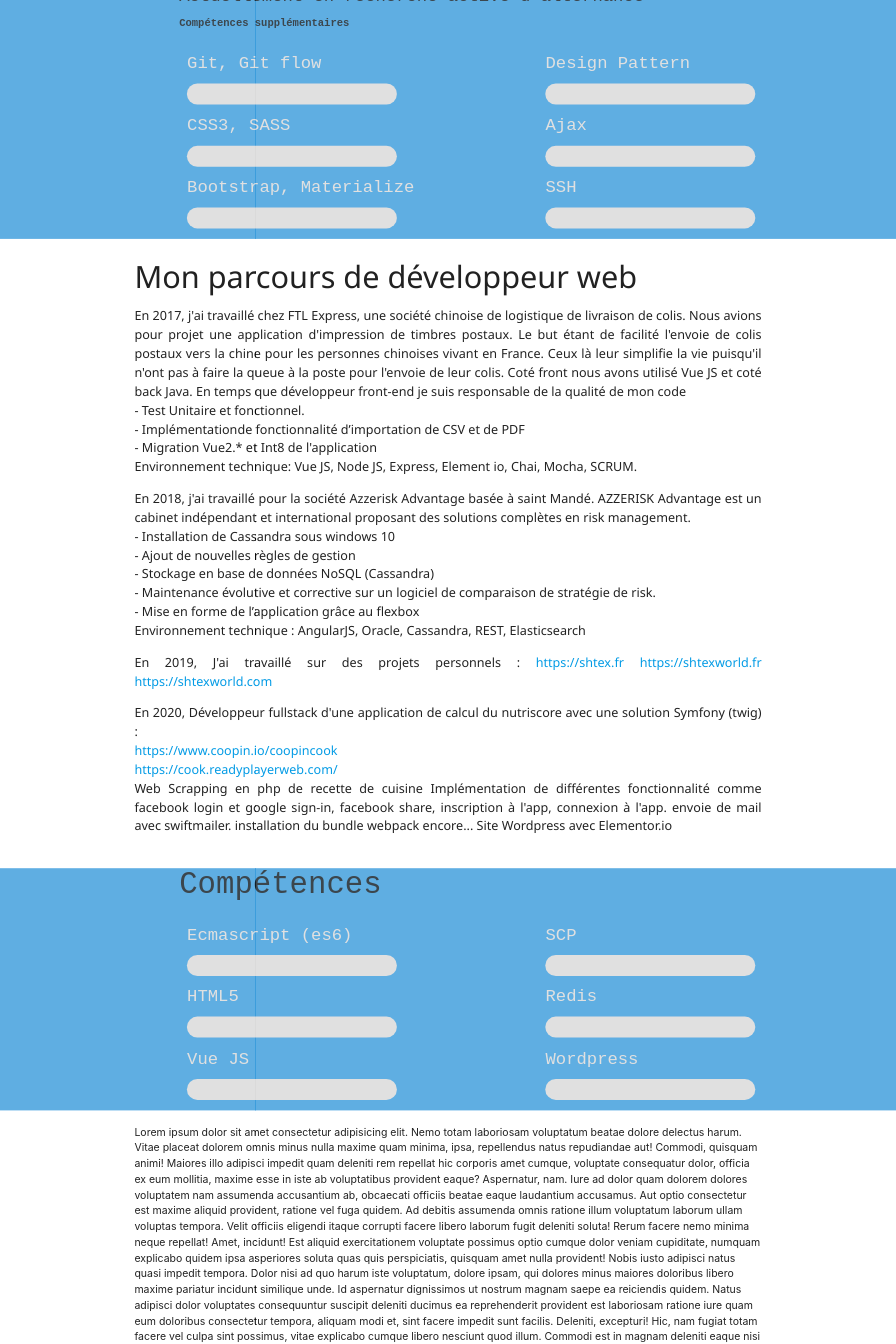
Repository: duncanidaho14/elhad
Page: index.html
The author's editor kept a copy of each file at every save. The page is drawn from the files as they stood at one save, then again after the next save.
The browser window is 1280 px wide. The pictures show the part of the page from y = 2726 to 4646 px (the page is 5892 px tall), at 70% of full size.

Above is the page before, as saved 2020-10-26 02:16:42.

### index.html
<!DOCTYPE html>
<html lang="fr">
<head>
    <meta charset="UTF-8">
    <meta name="viewport" content="width=device-width, initial-scale=1.0">
    <meta http-equiv="X-UA-Compatible" content="ie=edge">
    <meta name="Description" content="Enter your description here"/>
    <!--Import Google Icon Font-->
    <link href="https://fonts.googleapis.com/icon?family=Material+Icons" rel="stylesheet">
    <!-- Compiled and minified CSS -->
    <link rel="stylesheet" href="https://cdnjs.cloudflare.com/ajax/libs/materialize/1.0.0/css/materialize.min.css">

    <link rel="stylesheet" href="https://cdnjs.cloudflare.com/ajax/libs/font-awesome/5.15.0/css/all.min.css">
    <link rel="stylesheet" href="assets/css/style.css">
    <title>CV Elhadi Beddarem</title>
</head>
<body>


    <header>
        <div class="loader">
            <div class="progress">
                <div class="indeterminate"></div>
            </div>
            <div class="preloader-wrapper big active">
                <div class="spinner-layer spinner-blue-only">
                    <div class="circle-clipper left">
                        <div class="circle"></div>
                    </div>
                    <div class="gap-patch">
                        <div class="circle"></div>
                    </div>
                    <div class="circle-clipper right">
                        <div class="circle"></div>
                    </div>
                </div>
            </div>
            <div class="preloader-wrapper big active">
                <div class="spinner-layer spinner-blue-only">
                    <div class="circle-clipper left">
                        <div class="circle"></div>
                    </div>
                    <div class="gap-patch">
                        <div class="circle"></div>
                    </div>
                    <div class="circle-clipper right">
                        <div class="circle"></div>
                    </div>
                </div>
            </div>
            <div class="pre-loaded">

            </div>
        </div>
        <div class="progress">
            <div class="indeterminate"></div>
        </div>


        <nav>
            <div class="nav-wrapper">
                <a href="#!" class="brand-logo">Logo</a>
                <a href="#" data-target="mobile-demo" class="sidenav-trigger"><i class="material-icons">menu</i></a>
                <ul class="right hide-on-med-and-down">
                    <li><a href="#quisuisje">Qui suis-je ?</a></li>
                    <li><a href="#mestechno">Mes techno</a></li>
                    <li><a href="#parcours">Parcours</a></li>
                    <li><a href="#contact">Contact</a></li>
                </ul>
            </div>
        </nav>

        <ul class="sidenav" id="mobile-demo">
            <li><a href="#quisuisje">Qui suis-je ?</a></li>
            <li><a href="#mestechno">Mes techno</a></li>
            <li><a href="#parcours">Parcours</a></li>
            <li><a href="#contact">Contact</a></li>
        </ul>

        <ul id="slide-out" class="sidenav">
            <li>
                <div class="user-view">
                    <div class="background">
                        <img src="/assets/img/mysql.png" class="circle">
                    </div>
                    <a href="#user"><img class="circle" src="/assets/img/git.png"></a>
                    <a href="#name"><span class="black-text name">Elhadi Beddarem</span></a>
                    <a href="#email"><span class="black-text email">elhadibeddarem@gmail.com</span></a>
                </div>
            </li>
            <li><a href="https://codeintheshell.fr" target="_blank"><i class="material-icons">cloud</i>Autre site : codeintheshell.fr</a></li>
            <li><a href="https://shtex.fr/">Autre site : shtex.fr</a></li>
            <li><a href="http://shtexworld.fr/">Autre site : shtexworld.fr</a></li>
            <li>
                <div class="divider"></div>
            </li>
            <li><a class="subheader">séparateur</a></li>
            <li><a class="waves-effect" href="./assets/img/cvelhadi.pdf" download="cvelhadi">Download CV</a></li>
        </ul>
        <a href="#" data-target="slide-out" class="sidenav-trigger"><i class="material-icons">menu</i></a>
    </header>

    <section class="container-fluid">
        <figure class="row">
            <div class="parallax-container">
                <div class="parallax"><img src="/assets/img/code.jpg"></div>
            </div>
            <div class="section white">
                <div class="row container" id="quisuisje">
                    <h1 class="header">Développeur d'application web et mobile</h1>
                    <p class="grey-text text-darken-3 lighten-3 secondtext">En reconversion professionnelle, autodidacte et passionné.
                        Fort d'une expérience de 4 ans dans le web, j'ai acquis de nombreuses compétences en PHP et JavaScript ...
                    </p>
                    <div class="carousel">
                        <a class="carousel-item" href="#one!"><img src="/assets/img/symfony.png"></a>
                        <a class="carousel-item" href="#two!"><img src="/assets/img/react.png"></a>
                        <a class="carousel-item" href="#three!"><img src="/assets/img/mysql.png"></a>
                        <a class="carousel-item" href="#four!"><img src="/assets/img/git.png"></a>
                        <a class="carousel-item" href="#five!"><img src="/assets/img/javascript.png"></a>
                    </div>
                </div>
            </div>
            <div class="parallax-container">
                <div class="parallax"><img src="/assets/img/code.jpg"></div>
            </div>
        </figure>
    </section>

    <section class="container-fluid section1">
        <article class="row article-progress">
            <div id="mestechno">
                <h2 class="mestechno">Mes Techno</h2>
            </div>
                <div class="col s6">
                    <h5 class="title-five">Symfony</h5>
                    <div class="progress bar up">
                        <div class="determinate symfony" data-done="70">70%</div>
                    </div>
                    <h5 class="title-five">React</h5>
                    <div class="progress bar up">
                        <div class="determinate react" data-done="50">50%</div>
                    </div>
                    <h5 class="title-five">MySQL</h5>
                    <div class="progress bar up">
                        <div class="determinate mysql" data-done="70">70%</div>
                    </div>
                </div>
                <div class="col s6">
                    <h5 class="title-five">PHP</h5>
                    <div class="progress bar up">
                        <div class="determinate php" data-done="70">70%</div>
                    </div>
                    <h5 class="title-five">JavaScript</h5>
                    <div class="progress bar up">
                        <div class="determinate javascript" data-done="70">70%</div>
                    </div>
                    <h5 class="title-five">MongoDB</h5>
                    <div class="progress bar up">
                        <div class="determinate mongodb" data-done="70">70%</div>
                    </div>
                </div>
        </article>
    </section>

    <section class="container citation">
        <article class="row">
            <blockquote>
                <i class="fa fa-quote-left"></i>&nbsp;&nbsp;PME, associations ou particuliers,<br /> je réponds à vos besoins en développement web&nbsp;&nbsp;<i class="fa fa-quote-right"></i>
            </blockquote>
        </article>
    </section>

    <section class="container-fluid section2">
        <article class="row article-progress">
            <h5>Actuellement en recherche active d'alternance</h5>
            <p>Compétences supplémentaires</p>
                <div class="col s6">
                    <h5 class="title-five">Git, Git flow</h5>
                    <div class="progress bar up">
                        <div class="determinate git" data-done="75">75%</div>
                    </div>
                    <h5 class="title-five">CSS3, SASS</h5>
                    <div class="progress bar up">
                        <div class="determinate sass" data-done="70">70%</div>
                    </div>
                    <h5 class="title-five">Bootstrap, Materialize</h5>
                    <div class="progress bar up">
                        <div class="determinate bootstrap" data-done="90">90%</div>
                    </div>
                </div>
                <div class="col s6">
                    <h5 class="title-five">Design Pattern</h5>
                    <div class="progress bar up">
                        <div class="determinate patern" data-done="70">70%</div>
                    </div>
                    <h5 class="title-five">Ajax</h5>
                    <div class="progress bar up">
                        <div class="determinate ajax" data-done="70">70%</div>
                    </div>
                    <h5 class="title-five">SSH</h5>
                    <div class="progress bar up">
                        <div class="determinate ssh" data-done="70">70%</div>
                    </div>
                </div>
        </article>
    </section>
    <section class="container services" id="parcours">
        <article class="row">
            <h3>Mon parcours de développeur web</h3>
            <p>En 2017, j'ai travaillé chez FTL Express, une société chinoise de logistique de livraison de colis.
                Nous avions pour projet une application d'impression de timbres postaux.
                Le but étant de facilité l'envoie de colis postaux vers la chine pour les personnes chinoises vivant en France. Ceux là leur simplifie  la vie puisqu'il n'ont pas
                à faire la queue à la poste pour l'envoie de leur colis.
                Coté front nous avons utilisé Vue JS et coté back Java. En temps que développeur front-end je suis responsable de la qualité de mon code<br>
                - Test Unitaire et fonctionnel.<br>
                - Implémentationde fonctionnalité d’importation de CSV
                et de PDF<br>
                - Migration Vue2.* et Int8 de l'application<br>
                <span>Environnement technique: Vue JS, Node JS, Express,
                Element io, Chai, Mocha, SCRUM.</span>
            </p>

            <p>En 2018, j'ai travaillé pour la société Azzerisk Advantage basée à saint Mandé. AZZERISK Advantage est un cabinet indépendant et international proposant
            des solutions complètes en risk management. <br>
                    -         Installation de Cassandra sous windows 10<br>
                    -         Ajout de nouvelles règles de gestion<br>
                    -         Stockage en base de données NoSQL (Cassandra)<br>
                    -         Maintenance évolutive et corrective sur un logiciel de comparaison de stratégie de risk. <br>
                    -         Mise en forme de l’application grâce au flexbox<br>
                    Environnement technique : AngularJS, Oracle, Cassandra, REST, Elasticsearch
            </p>

            <p>En 2019, J'ai travaillé sur des projets personnels :
                <a href="https://shtex.fr" target="_blank">https://shtex.fr</a>
                <a href="http://shtexworld.fr" target="_blank">https://shtexworld.fr</a>
                <a href="http://shtexworld.com"target="_blank" >https://shtexworld.com</a>
            </p>
            <p>En 2020, Développeur fullstack d'une application de calcul du nutriscore avec une solution Symfony (twig) :
                <br>
                <a href="https://www.coopin.io/coopincook" target="_blank" rel="noopener noreferrer">https://www.coopin.io/coopincook</a>
                <br>
                <a href="https://cook.readyplayerweb.com/" target="_blank" rel="noopener noreferrer">https://cook.readyplayerweb.com/</a>
                <br>
                Web Scrapping en php de recette de cuisine
                Implémentation de différentes fonctionnalité comme
                facebook login et google sign-in, facebook share,
                inscription à l'app, connexion à l'app. envoie de mail avec
                swiftmailer. installation du bundle webpack encore...
                Site Wordpress avec Elementor.io
            </p>
        </article>
    </section>

    <section class="container-fluid section3">
        <article class="row article-progress">
            <h3>Compétences</h3>
            <div class="col s6">
                <h5 class="title-five">Ecmascript (es6)</h5>
                <div class="progress bar up">
                    <div class="determinate ecmascript" data-done="80">80%</div>
                </div>
                <h5 class="title-five">HTML5</h5>
                <div class="progress bar up">
                    <div class="determinate html" data-done="90">90%</div>
                </div>
                <h5 class="title-five">Vue JS</h5>
                <div class="progress bar up">
                    <div class="determinate vue" data-done="50">50%</div>
                </div>
            </div>
            <div class="col s6">
                <h5 class="title-five">SCP</h5>
                <div class="progress bar up">
                    <div class="determinate scp" data-done="70">70%</div>
                </div>
                <h5 class="title-five">Redis</h5>
                <div class="progress bar up">
                    <div class="determinate redis" data-done="50">50%</div>
                </div>
                <h5 class="title-five">Wordpress</h5>
                <div class="progress bar up">
                    <div class="determinate wordpress" data-done="85">85%</div>
                </div>
            </div>
        </article>
    </section>
    <section class="container">
        <article class="row">
            <p>Lorem ipsum dolor sit amet consectetur adipisicing elit. Nemo totam laboriosam voluptatum beatae dolore delectus harum. Vitae placeat dolorem omnis minus nulla maxime quam minima, ipsa, repellendus natus repudiandae aut!
            Commodi, quisquam animi! Maiores illo adipisci impedit quam deleniti rem repellat hic corporis amet cumque, voluptate consequatur dolor, officia ex eum mollitia, maxime esse in iste ab voluptatibus provident eaque?
            Aspernatur, nam. Iure ad dolor quam dolorem dolores voluptatem nam assumenda accusantium ab, obcaecati officiis beatae eaque laudantium accusamus. Aut optio consectetur est maxime aliquid provident, ratione vel fuga quidem.
            Ad debitis assumenda omnis ratione illum voluptatum laborum ullam voluptas tempora. Velit officiis eligendi itaque corrupti facere libero laborum fugit deleniti soluta! Rerum facere nemo minima neque repellat! Amet, incidunt!
            Est aliquid exercitationem voluptate possimus optio cumque dolor veniam cupiditate, numquam explicabo quidem ipsa asperiores soluta quas quis perspiciatis, quisquam amet nulla provident! Nobis iusto adipisci natus quasi impedit tempora.
            Dolor nisi ad quo harum iste voluptatum, dolore ipsam, qui dolores minus maiores doloribus libero maxime pariatur incidunt similique unde. Id aspernatur dignissimos ut nostrum magnam saepe ea reiciendis quidem.
            Natus adipisci dolor voluptates consequuntur suscipit deleniti ducimus ea reprehenderit provident est laboriosam ratione iure quam eum doloribus consectetur tempora, aliquam modi et, sint facere impedit sunt facilis. Deleniti, excepturi!
            Hic, nam fugiat totam facere vel culpa sint possimus, vitae explicabo cumque libero nesciunt quod illum. Commodi est in magnam deleniti eaque nisi id possimus labore, quas voluptas neque animi?
            Fugiat perferendis fugit ea accusamus accusantium vero placeat deserunt ipsam facilis similique iste quidem asperiores amet quibusdam natus dolor, et blanditiis nobis dolorem? Nobis ab quae unde ipsam, magni ad!
            Totam delectus minima iure eaque ex nesciunt maxime modi impedit adipisci non rem ullam, nemo rerum cum possimus odio autem eum asperiores, aperiam recusandae nostrum expedita. Dolor quasi iure fugit!</p>
        </article>
    </section>

    <hr>

    <div class="container sectioncontact">
        <div class="section">

            <!--   Icon Section   -->
            <div class="row">
                <div class="col s12 m4">
                    <div class="icon-block">
                        <h2 class="center light-blue-text"><i class="material-icons">flash_on</i></h2>
                        <h5 class="center">Speeds up development</h5>

                        <p class="light">We did most of the heavy lifting for you to provide a default stylings that incorporate our custom components. Additionally, we refined animations and transitions to provide a smoother experience for developers.</p>
                    </div>
                </div>

                <div class="col s12 m4">
                    <div class="icon-block">
                        <h2 class="center light-blue-text"><i class="material-icons">group</i></h2>
                        <h5 class="center">User Experience Focused</h5>

                        <p class="light">By utilizing elements and principles of Material Design, we were able to create a framework that incorporates components and animations that provide more feedback to users. Additionally, a single underlying responsive system across all platforms allow for a more unified user experience.</p>
                    </div>
                </div>

                <div class="col s12 m4">
                    <div class="icon-block">
                        <h2 class="center light-blue-text"><i class="material-icons">settings</i></h2>
                        <h5 class="center">Easy to work with</h5>

                        <p class="light">We have provided detailed documentation as well as specific code examples to help new users get started. We are also always open to feedback and can answer any questions a user may have about Materialize.</p>
                    </div>
                </div>
            </div>


            <section class="container">
                <article class="row">
                    <a href="mailto:elhadibeddarem@gmail.com">Envoyer un email à Elhadi</a>
                </article>
                <aside class="aside">
                    <p>
                        Lorem ipsum dolor sit amet, consectetur adipisicing elit. Officia provident enim molestias distinctio aperiam incidunt quibusdam tenetur porro iure.
                        Sit a molestias temporibus error beatae voluptatum ipsum perferendis fugiat minima?Cumque ipsa error, maxime dolorum, quaerat obcaecati exercitationem
                        officia ex placeat molestias eum inventore deleniti sunt. Ab earum ipsam dicta eum at assumenda similique nam. Obcaecati ullam necessitatibus veniam eius!
                    </p>
                </aside>
            </section>
        </div>
        <br><br>
    </div>
    <footer class="page-footer">
        <div class="container">
            <div class="row">
                <div class="col l6 s12">
                    <h5 class="white-text">Footer Content</h5>
                    <p class="grey-text text-lighten-4">You can use rows and columns here to organize your footer content.</p>
                </div>
                <div class="col l4 offset-l2 s12">
                    <h5 class="white-text">Links</h5>
                    <ul>
                        <li><a class="grey-text text-lighten-3" href="https://codeintheshell.fr" target="_blank">https://codeintheshell.fr</a></li>
                        <li><a class="grey-text text-lighten-3" href="#!">Link 2</a></li>
                        <li><a class="grey-text text-lighten-3" href="#!">Link 3</a></li>
                        <li><a class="grey-text text-lighten-3" href="#!">Link 4</a></li>
                    </ul>
                </div>
            </div>
        </div>
        <div class="footer-copyright">
            <div class="container">
            © 2020 Copyright Kirua
            <a class="grey-text text-lighten-4 right" href="#!">More Links</a>
            </div>
        </div>
    </footer>

<script src="https://cdnjs.cloudflare.com/ajax/libs/jquery/3.5.1/jquery.min.js"></script>
<script src="https://cdnjs.cloudflare.com/ajax/libs/popper.js/1.16.1/umd/popper.min.js"></script>
<!-- Compiled and minified JavaScript -->
<script src="https://cdnjs.cloudflare.com/ajax/libs/materialize/1.0.0/js/materialize.min.js"></script>
<script src="assets/js/index.js"></script>
</body>
</html>

### assets/css/style.css
.pre-loaded {
    border: 16px solid #f3f3f3;
    /* Light grey */
    border-top: 16px solid #3498db;
    /* Blue */
    border-radius: 50%;
    width: 120px;
    height: 120px;
    animation: spin 2s linear infinite;
}

@keyframes spin {
    0% {
        transform: rotate(0deg);
    }

    100% {
        transform: rotate(360deg);
    }
}

@keyframes slideIn {
  from {
    left: 0%;
    width: 170px;
  }

  to {
    right: 70%;
    width: 170px;
  }
}

.section1 {
    display: none;
}

.section2 {
    display: none;
}

.section3 {
    display: none;
}

.progress {
    background-color: #d8d8d8;
	border-radius: 20px;
	position: relative;
	margin: 15px 0;
	height: 30px;
	width: 300px;
}

.determinate {
    background: linear-gradient(to left, #F2709C, #FF9472);
	box-shadow: 0 3px 3px -5px #F2709C, 0 2px 5px #F2709C;
	border-radius: 20px;
	color: #fff;
	display: flex;
	align-items: center;
	justify-content: center;
	height: 100%;
	width: 0;
	opacity: 0;
	transition: 1s ease 0.3s;
}

.article-progress {
    background-color: #3498db;
    padding-left: 20%;
    font-family: 'Courier New', Courier, monospace;
    font-weight: bolder;
}

@media screen and (max-width: 1040px) {
    .article-progress {
        background-color: #3498db;
        padding-left: 5%;
    }
}

h1.header {
    font-family: Cambria, Cochin, Georgia, Times, 'Times New Roman', serif;
    color: violet;
    text-align: center;
    font-size: 7em;
}

.secondtext {
    font-size: 1.5em;
    text-align: center;
}

h2.mestechno {
    color: black;
   padding-left: 350px  ;

}

.title-five {
    color: #d8d8d8;
}

.citation {
    font-family: 'Franklin Gothic Medium', 'Arial Narrow', Arial, sans-serif;
    text-align: center;
    font-weight: bold;
    font-size: larger;
    border: 2px solid #F2709C;
    border-radius: 10%;

}

.services {
    text-align: justify;
    font-size: larger;
    font-family: 'Segoe UI', Tahoma, Geneva, Verdana, sans-serif;

}

.sectioncontact {
    height: 800px;
}

aside {
    width: 40%;
    padding-left: .5rem;
    margin-left: .5rem;
    float: right;
    box-shadow: inset 5px 0 5px -5px #29627e;
    font-style: italic;
    color: #29627e;
}

aside > p {
    margin: .5rem;
}

Loaded but not shown: assets/js/index.js (112 lines, source omitted)

After the next save:
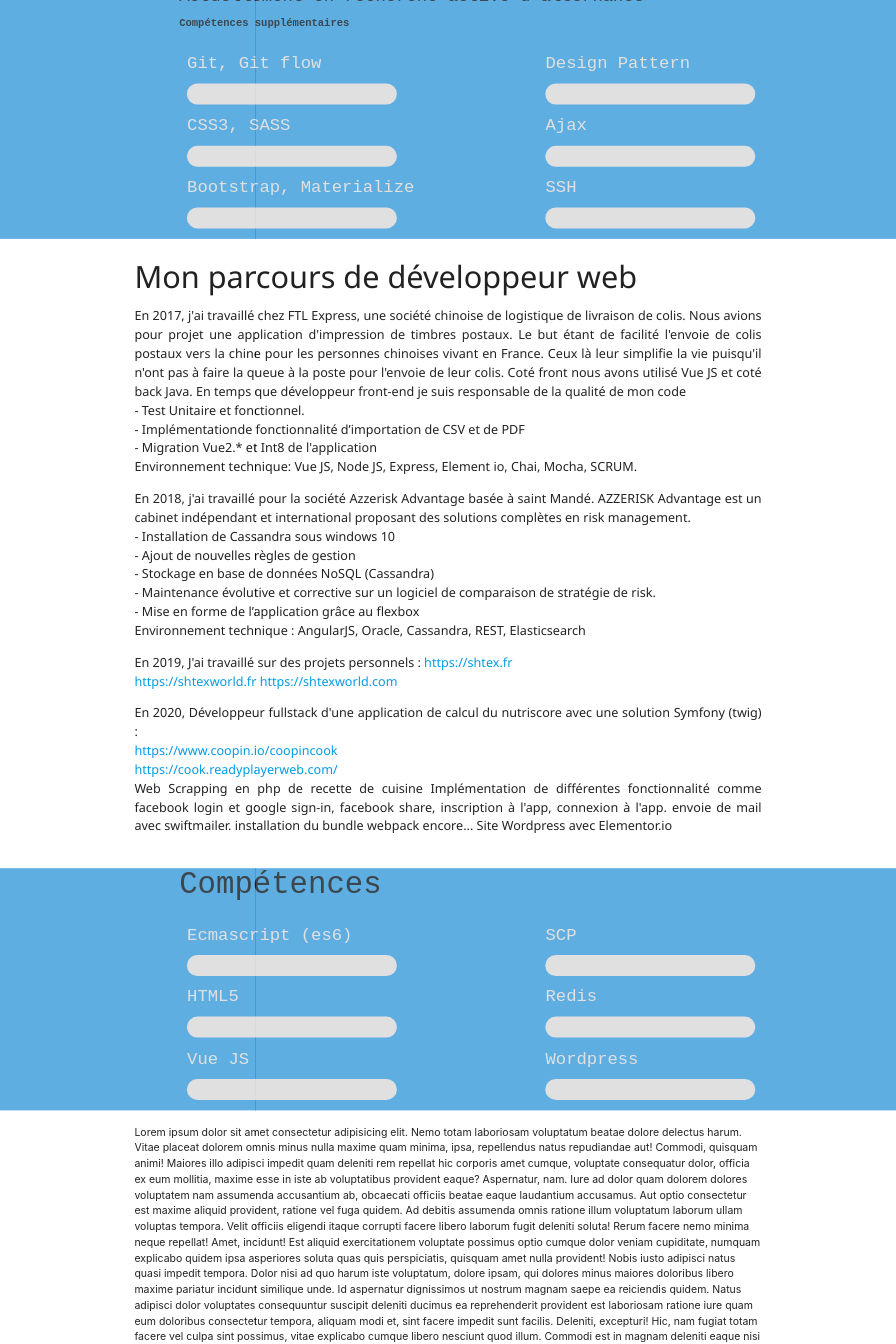
Saved 13 s later.
--- a/index.html
+++ b/index.html
@@ -231,7 +231,7 @@
             </p>
 
             <p>En 2019, J'ai travaillé sur des projets personnels :
-                <a href="https://shtex.fr" target="_blank">https://shtex.fr</a>
+                <a href="https://shtex.fr" target="_blank">https://shtex.fr</a><br>
                 <a href="http://shtexworld.fr" target="_blank">https://shtexworld.fr</a>
                 <a href="http://shtexworld.com"target="_blank" >https://shtexworld.com</a>
             </p>
